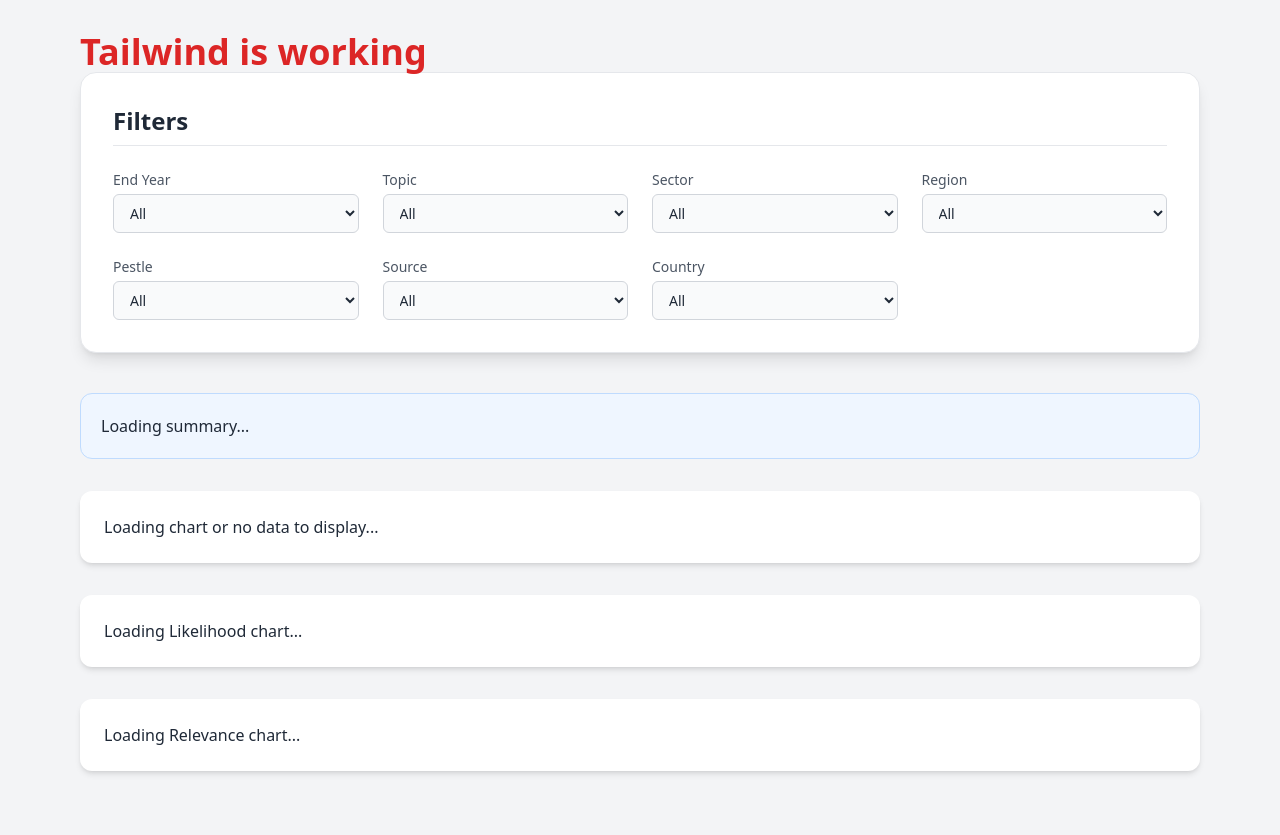
Repository: dikshant-s/DataVisualizationDashboard
Page: / (app in frontend/)
These files come from the project's save history. The page is drawn as it stood at one moment and after a run of saves; the edit follows.
The browser window is 1280 px wide. The pictures show the whole page.
The page's requests for data from a server got no answer. The project was rebuilt for these pictures with package versions that can differ from the ones it lists, and the page was loaded fresh each time. No one was signed in, and anything a server would have sent is missing.

Above is the page before, as saved 2025-06-29 10:48:14.

After the next 2 saves:
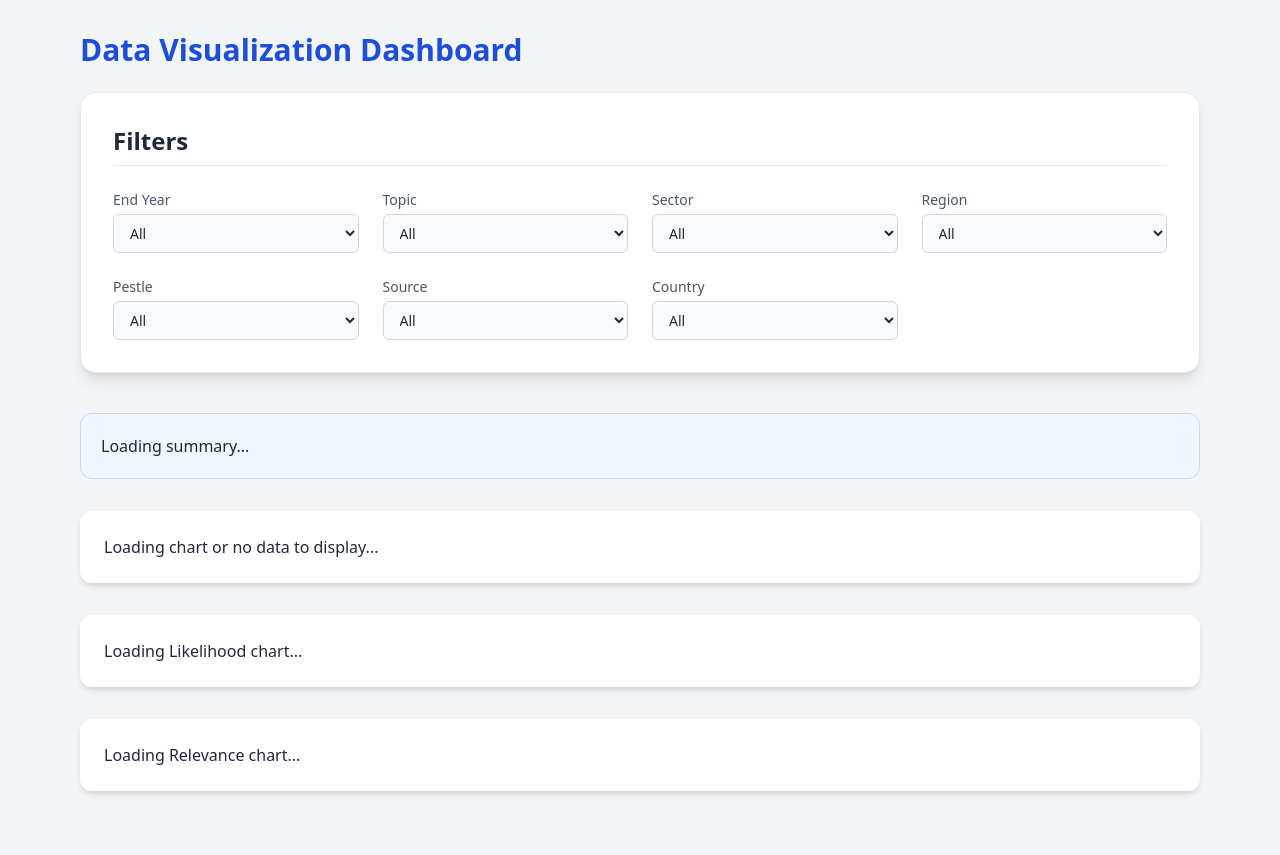
The 2 saves are shown as one change because they came seconds apart.
The last was saved 29 s later.
--- a/frontend/src/App.js
+++ b/frontend/src/App.js
@@ -11,7 +11,9 @@ const App = () => {
   return (
     <div className="bg-gray-100 min-h-screen text-gray-800 font-sans">
       <div className="max-w-6xl mx-auto px-4 py-8">
-        <h1 className="text-4xl font-bold text-red-600">Tailwind is working</h1>
+        <h1 className="text-3xl font-bold text-blue-700 mb-6">
+          Data Visualization Dashboard
+        </h1>
 
         <FilterPanel setFilters={setFilters} />
 
